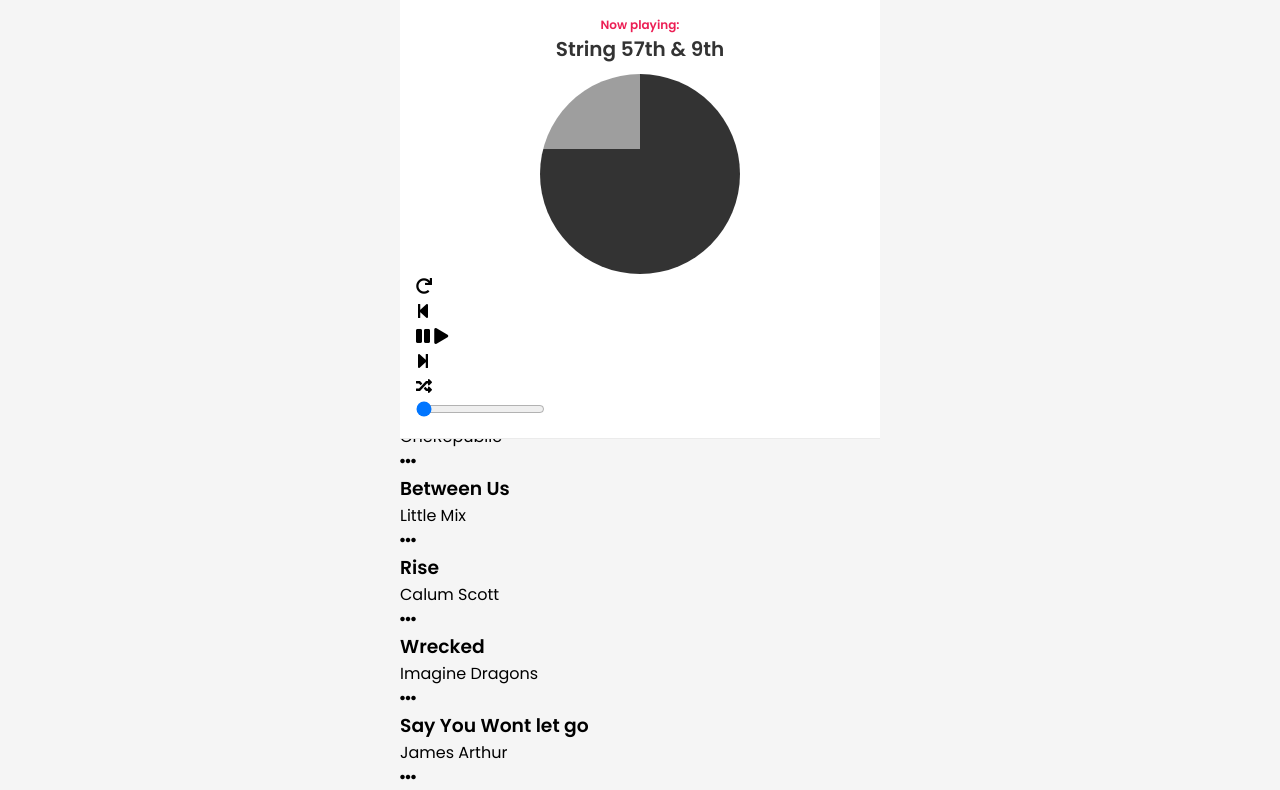
Repository: maivannhan1998/MusicPlayer.github.io
Page: index.html
The author's editor kept a copy of each file at every save. The page is drawn from the files as they stood at one save, then again after the next save.
The browser window is 1280 px wide. The pictures show the whole page.
Pictures or frames that could not be fetched are drawn as grey boxes.

Above is the page before, as saved 2021-11-09 15:40:06.

After the next save:
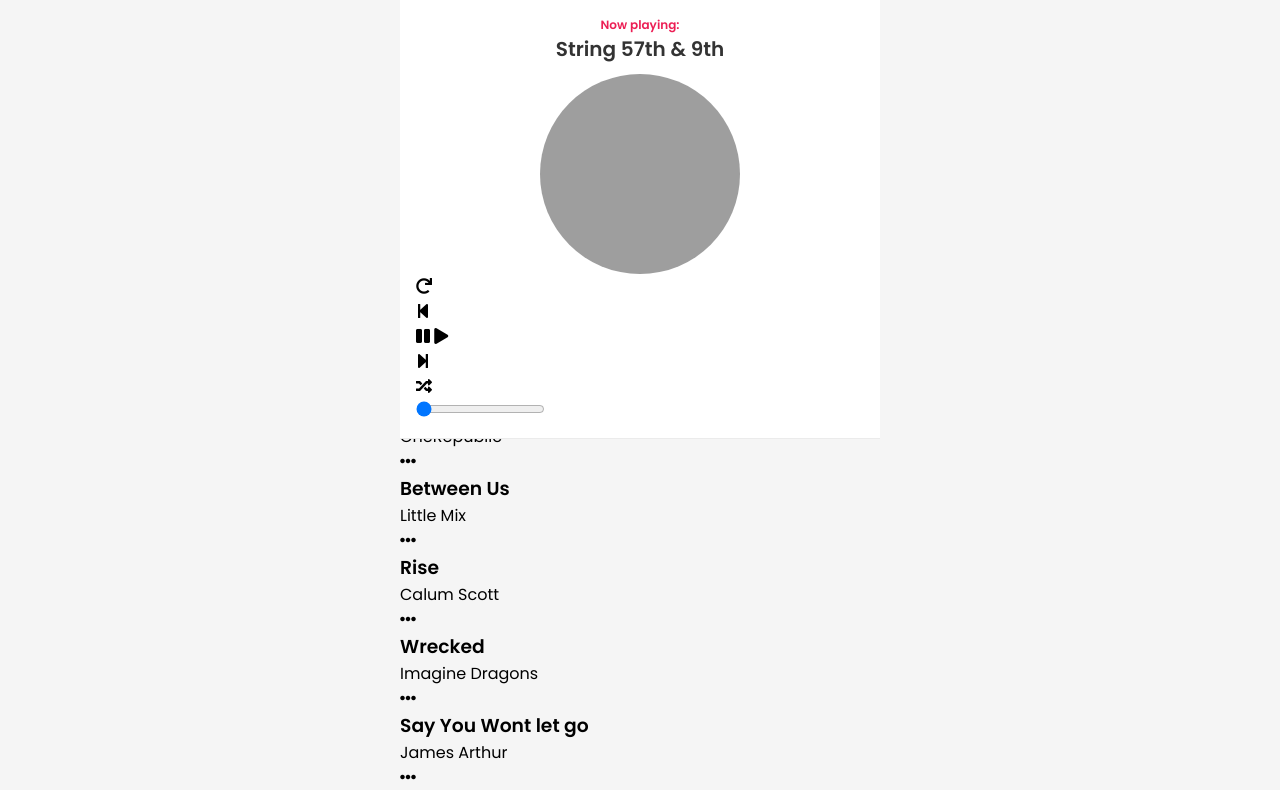
Saved 2 min 35 s later.
--- a/assets/css/main.css
+++ b/assets/css/main.css
@@ -61,7 +61,7 @@ header h4 {
   padding-top: 100%;
   border-radius: 50%;
   background-color: #333;
-  background-size: 100px;
-  background-repeat: no-repeat;
+  background-size: cover;
+
   margin: auto;
 }
